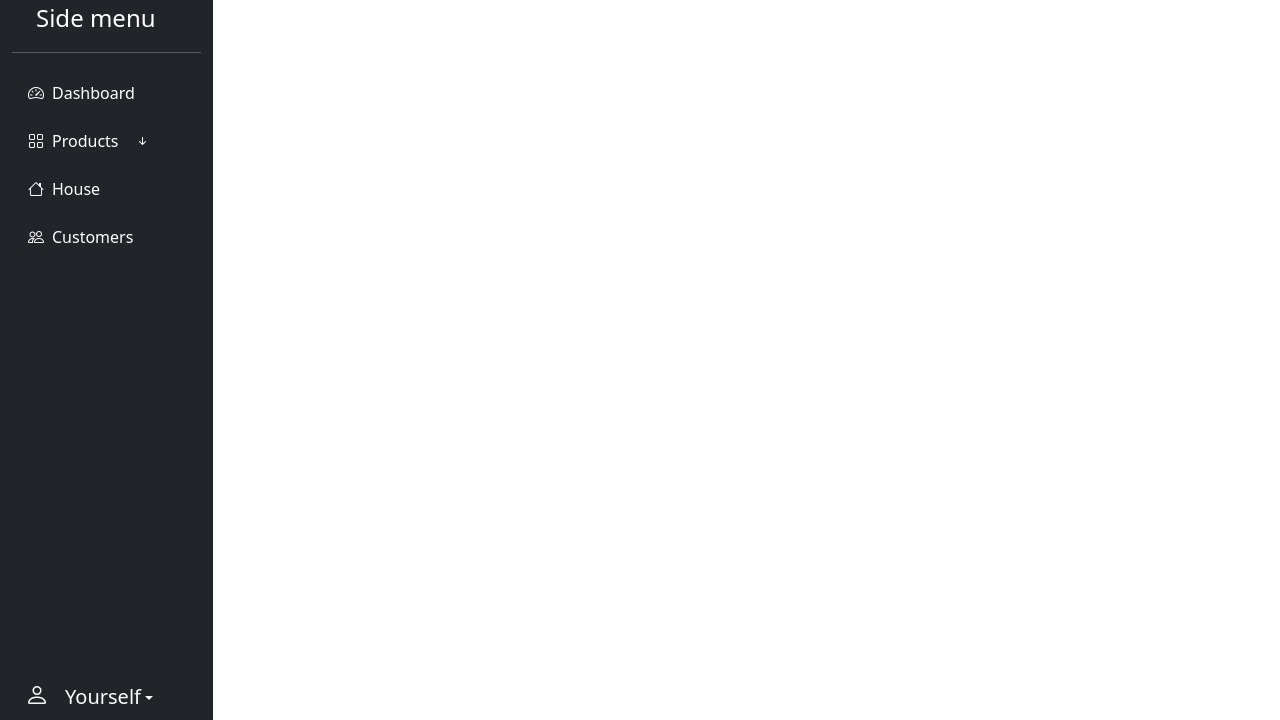
Repository: iqbalaamir/dashboard
Page: /
These files come from the project's save history. The page is drawn as it stood at one moment and after the next save; the edit follows.
The browser window is 1280 px wide. The pictures show the whole page.
The project was rebuilt for these pictures with package versions that can differ from the ones it lists, and the page was loaded fresh each time. Also part of the build but not shown: src/App.css.

Above is the page before, as saved 2023-04-24 16:51:23.

After the next save:
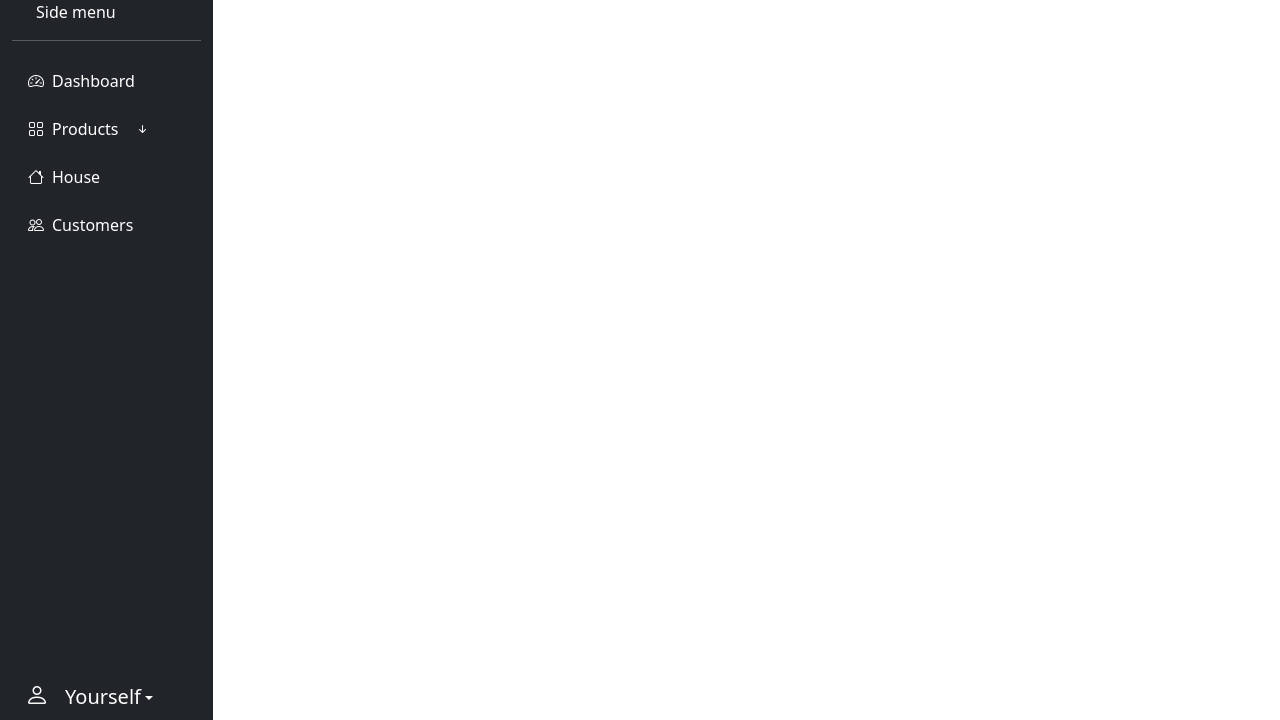
Saved 61 s later.
--- a/src/components/Sidebar.js
+++ b/src/components/Sidebar.js
@@ -15,7 +15,7 @@ export default function Sidebar() {
               className="text-decoration-none ms-4 d-flex align-items-center text-white d-none d-sm-inline"
               role="button"
             >
-              <span className="fs-4">Side menu</span>
+              <span className="f5-4">Side menu</span>
             </a>
             <hr className="text-white d-none d-sm-block"></hr>
             <ul class="nav nav-pills flex-column mt-2 mt-sm-0" id="parentM">
